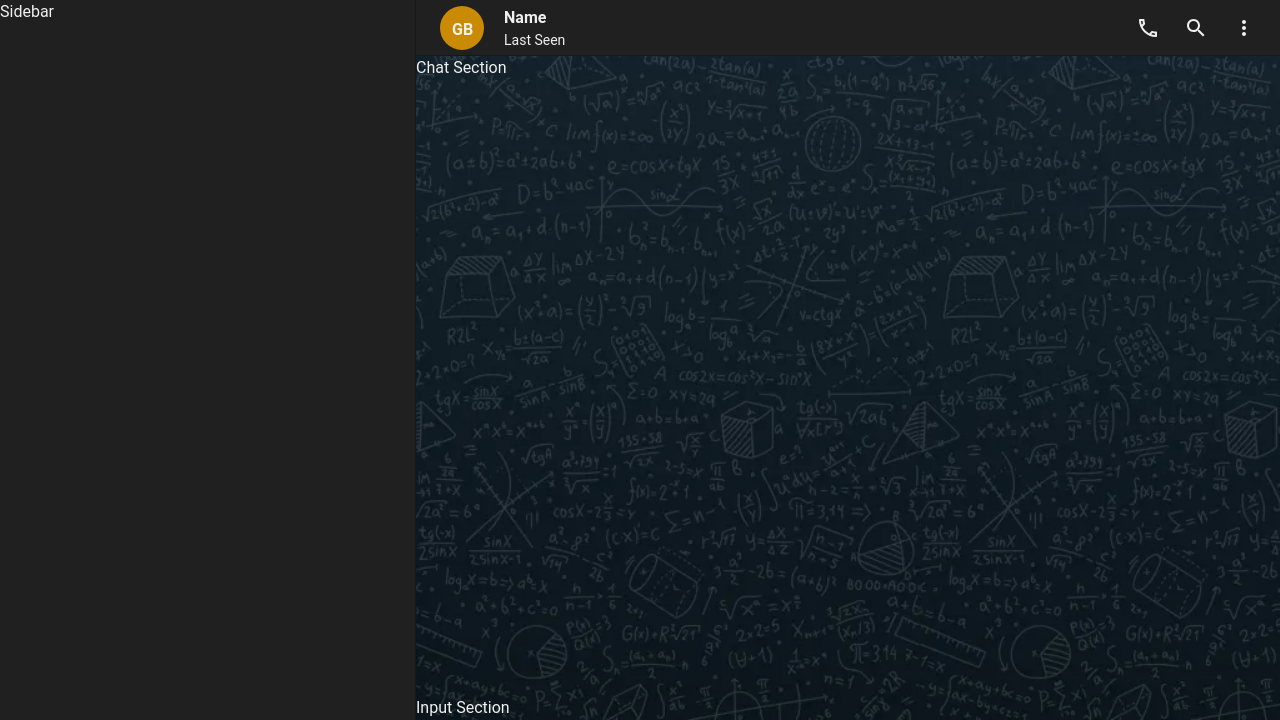
Repository: Qu4ntumGuy/telegram-clone
Page: /
The author's editor kept a copy of each file at every save. The page is drawn from the files as they stood at one save, then again after the next save.
The browser window is 1280 px wide. The pictures show the whole page.
The project was rebuilt for these pictures with package versions that can differ from the ones it lists, and the page was loaded fresh each time. Also part of the build but not shown: src/Utils/ContextProvider.js, src/Pages/ChatPage.js/ChatPage.js.

Above is the page before, as saved 2024-07-15 12:12:38.

### src/index.css
@tailwind base;
@tailwind components;
@tailwind utilities;

:root {
  font-family: "Roboto", sans-serif;
  color-scheme: light;
  body {
    @apply bg-[#181818] text-[#f0f0f0];
  }
}
/*
:root {
  @apply bg-[#181818];
} */

### src/App.js
import { Routes, BrowserRouter, Route } from "react-router-dom";
import Sidebar from "./Components/Sidebar";
import Home from "./Pages/Home/Home";
import ChatPage from "./Pages/ChatPage.js/ChatPage";

function App() {
  return (
    <div className="flex max-w-[105rem] mx-auto">
      <Sidebar />
      <BrowserRouter>
        <Routes>
          <Route path="/" element={<Home />} />
          <Route path="/k/:id" element={<ChatPage />} />
        </Routes>
      </BrowserRouter>
      {/* <Home /> */}
    </div>
  );
}

export default App;

### src/Components/Sidebar.js
import React from "react";
import { useComponentContext } from "../Utils/ContextProvider";

function Sidebar() {
  const context = useComponentContext();
  return (
    <div className="w-full md:max-w-[26rem] bg-[#202020] border-r border-[#181818] h-screen">
      Sidebar
    </div>
  );
}

export default Sidebar;

### src/Pages/Home/Home.js
import React from "react";
import backgroundImage from "../../Assets/Desktop.webp";
import Topbar from "../../Components/Topbar";

function Home() {
  const image =
    "https://blog.1a23.com/wp-content/uploads/sites/2/2020/02/pattern_02-150x150.png";

  //   const divStyle = {
  //     width: "100%",
  //     height: "100vh", // Adjust the height as needed
  //     backgroundImage: `url(${backgroundImage})`,
  //     backgroundSize: "cover", // Ensures the image covers the entire div
  //     backgroundPosition: "center", // Centers the image
  //   };
  return (
    <div
      className="md:flex flex-col justify-center bg-cover h-screen hidden md:w-full "
      style={{ backgroundImage: `url(${backgroundImage})` }}
    >
      <div className="top-0 mb-auto h-14 bg-[#202020] border-b border-[#181818]">
        <Topbar />
      </div>
      <div className="flex flex-col h-full">
        <div className="top-0">Chat Section</div>
        <div className="bottom-0 mt-auto">Input Section</div>
      </div>
    </div>
  );
}

export default Home;

### src/Components/Topbar.js
import React from "react";
import CallOutlinedIcon from "@mui/icons-material/CallOutlined";
import SearchIcon from "@mui/icons-material/Search";
import MoreVertIcon from "@mui/icons-material/MoreVert";

function Topbar() {
  return (
    <div className="flex px-6 h-14">
      <div className="flex-1 flex items-center">
        <div className="bg-yellow-600 p-3 rounded-full h-11 w-11 text-center align-middle font-bold">
          GB
        </div>
        <div className="flex flex-col pl-5 w-full">
          <div className="font-semibold">Name</div>
          <div className="text-sm"> Last Seen</div>
        </div>
      </div>
      <div className="flex items-center space-x-6 pl-3">
        <div>
          <CallOutlinedIcon />
        </div>
        <div>
          <SearchIcon />
        </div>
        <div>
          <MoreVertIcon />
        </div>
      </div>
    </div>
  );
}

export default Topbar;

Loaded but not shown: public/index.html (common file); src/index.js (common file); src/reportWebVitals.js (common file); tailwind.config.js (common file)

After the next save:
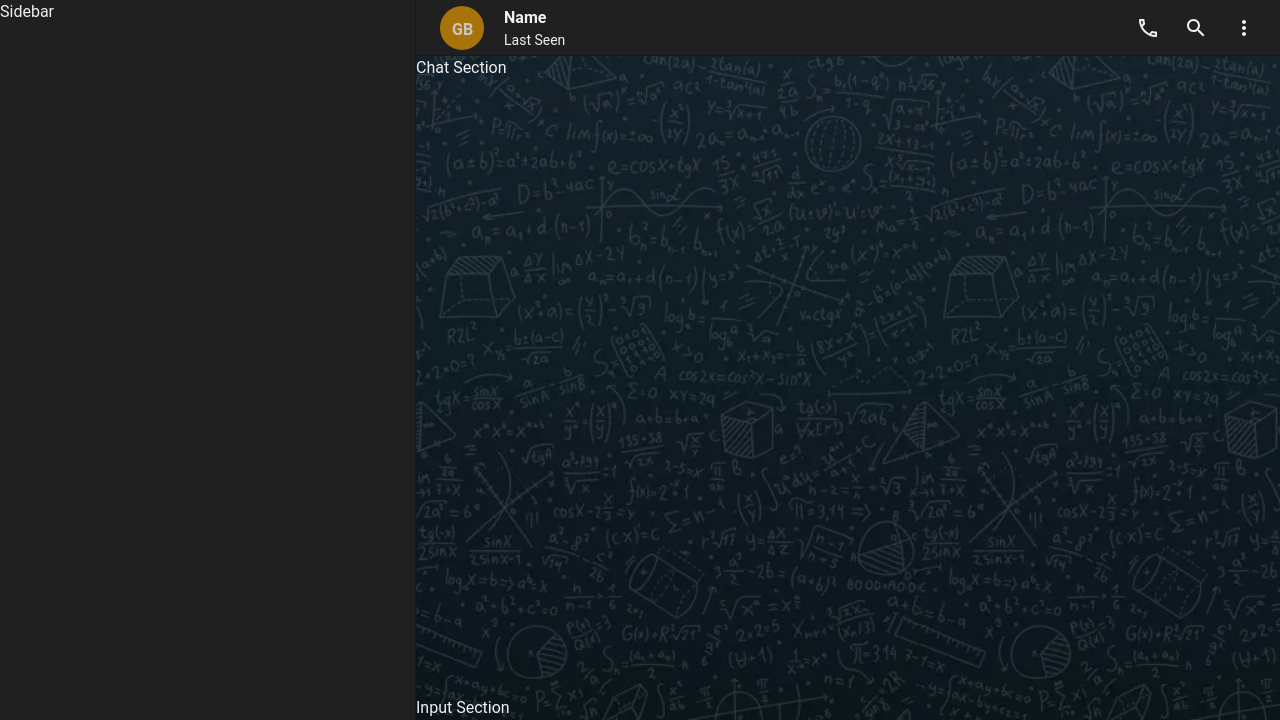
Saved 34 s later.
--- a/src/Components/Topbar.js
+++ b/src/Components/Topbar.js
@@ -7,7 +7,7 @@ function Topbar() {
   return (
     <div className="flex px-6 h-14">
       <div className="flex-1 flex items-center">
-        <div className="bg-yellow-600 p-3 rounded-full h-11 w-11 text-center align-middle font-bold">
+        <div className="bg-yellow-600 opacity-80 p-3 rounded-full h-11 w-11 text-center align-middle font-bold">
           GB
         </div>
         <div className="flex flex-col pl-5 w-full">
